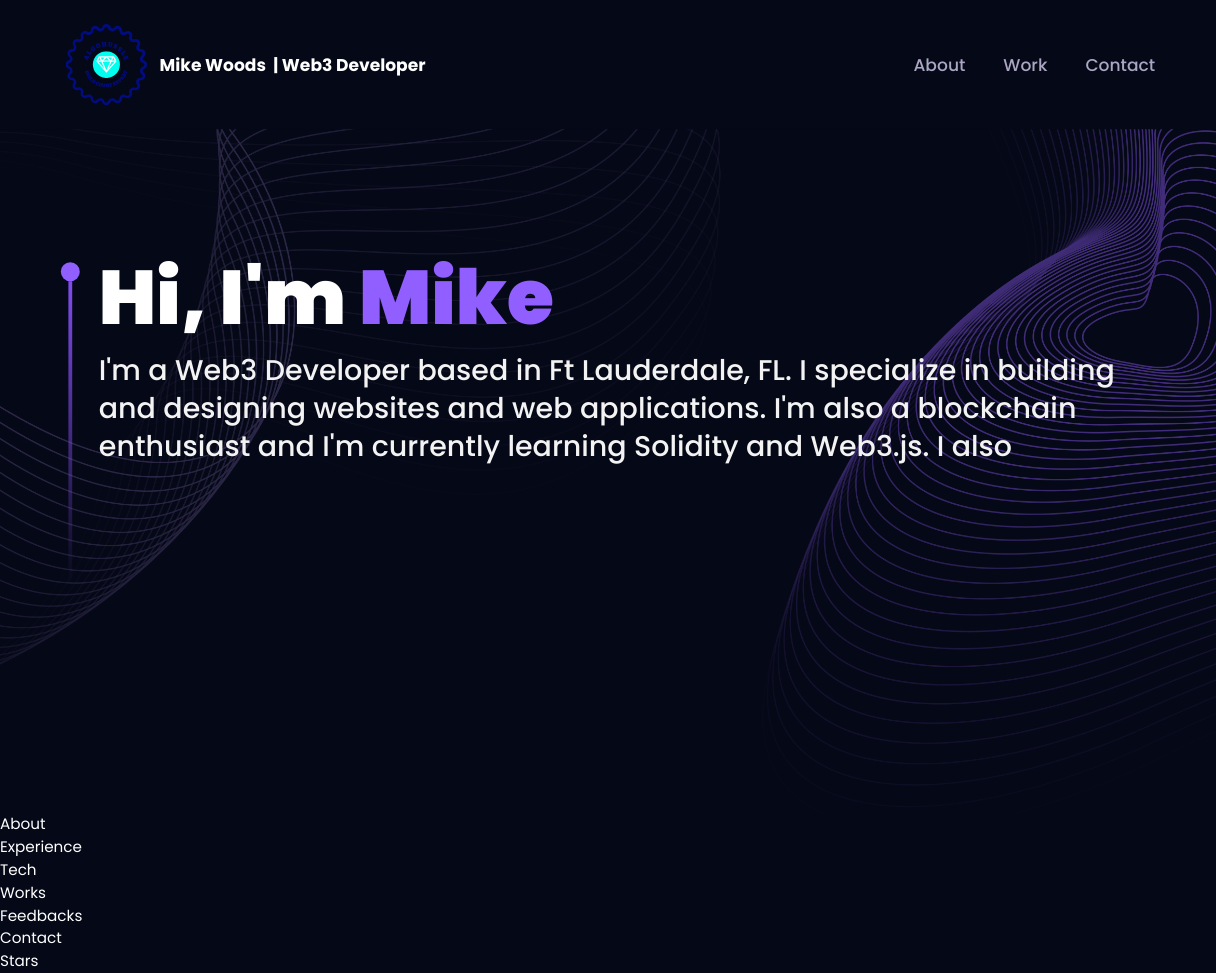
Repository: MikeeBuilds/3D-portfolio
Page: /
These files come from the project's save history. The page is drawn as it stood at one moment and after a run of saves; the edit follows.
The browser window is 1280 px wide. The pictures show the whole page, at 95% of full size.
The project was rebuilt for these pictures with package versions that can differ from the ones it lists, and the page was loaded fresh each time. Also part of the build but not shown: vite.config.js, src/components/canvas/Earth.jsx, src/components/canvas/Ball.jsx, src/components/canvas/Computers.jsx.

Above is the page before, as saved 2023-03-04 15:04:59.

After the next 7 saves:
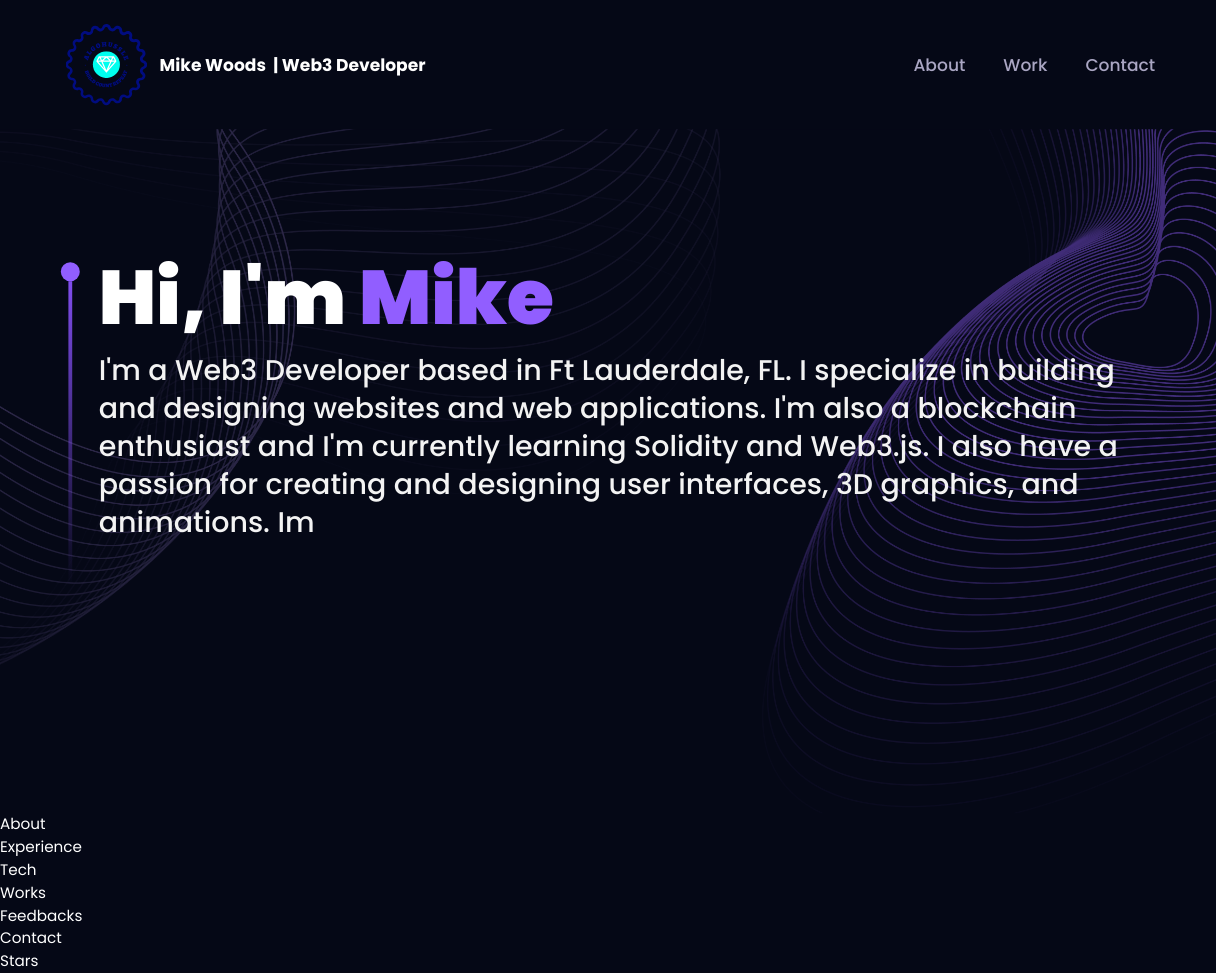
The 7 saves are shown as one change because they came seconds apart.
The last was saved 16 s later.
--- a/src/components/Hero.jsx
+++ b/src/components/Hero.jsx
@@ -19,7 +19,9 @@
             <p className={`${styles.heroSubText} mt-2 text-white-100`}>
               I'm a Web3 Developer based in Ft Lauderdale, FL. I specialize in building and
                 designing websites and web applications. I'm also a blockchain enthusiast and
-                I'm currently learning Solidity and Web3.js. I also
+                I'm currently learning Solidity and Web3.js. I also have a passion for
+                creating and designing user interfaces, 3D graphics, and animations.
+                Im
             </p>
           </div>
 
